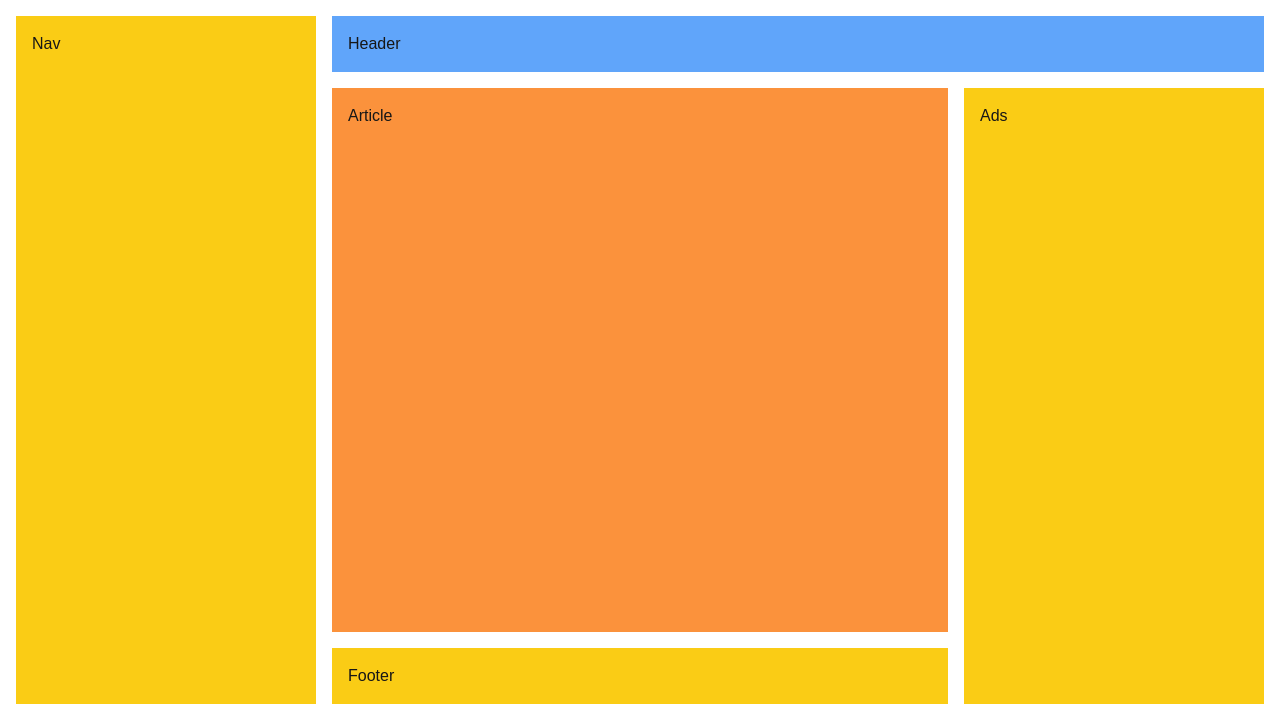
Repository: asadullah48/Understanding-Grid
Page: /
These files come from the project's save history. The page is drawn as it stood at one moment and after the next save; the edit follows.
The browser window is 1280 px wide. The pictures show the whole page.
The project was rebuilt for these pictures with package versions that can differ from the ones it lists, and the page was loaded fresh each time. The framework's server and built-in components were replaced by stand-ins that run in the browser. Also part of the build but not shown: next.config.ts.

Above is the page before, as saved 2025-01-22 09:45:12.

### src/app/layout.tsx
import type { Metadata } from "next";
import { Geist, Geist_Mono } from "next/font/google";
import "./globals.css";

const geistSans = Geist({
  variable: "--font-geist-sans",
  subsets: ["latin"],
});

const geistMono = Geist_Mono({
  variable: "--font-geist-mono",
  subsets: ["latin"],
});

export const metadata: Metadata = {
  title: "Understanding Grid",
  description: "Generated by create next app",
};

export default function RootLayout({
  children,
}: Readonly<{
  children: React.ReactNode;
}>) {
  return (
    <html lang="en">
      <body
        className={`${geistSans.variable} ${geistMono.variable} antialiased`}
      >
        {children}
      </body>
    </html>
  );
}

### src/app/page.tsx
export default function Layout() {
  return (
    <div className="grid grid-rows-[auto,1fr,auto] grid-cols-4 gap-4 p-4 min-h-screen">
      {/* Left Nav */}
      <nav className="bg-yellow-400 p-4 row-span-3 col-span-1">Nav</nav>

      {/* Header */}
      <header className="bg-blue-400 p-4 col-span-3">Header</header>

      {/* Main Article */}
      <main className="bg-orange-400 p-4 col-span-2">Article</main>

      {/* Ads */}
      <aside className="bg-yellow-400 p-4 row-span-2 col-span-1">Ads</aside>

      {/* Footer */}
      <footer className="bg-yellow-400 p-4 col-span-2 col-start-2">Footer</footer>
    </div>
  );
}

Loaded but not shown: src/app/globals.css (common file); tailwind.config.ts (common file)

After the next save:
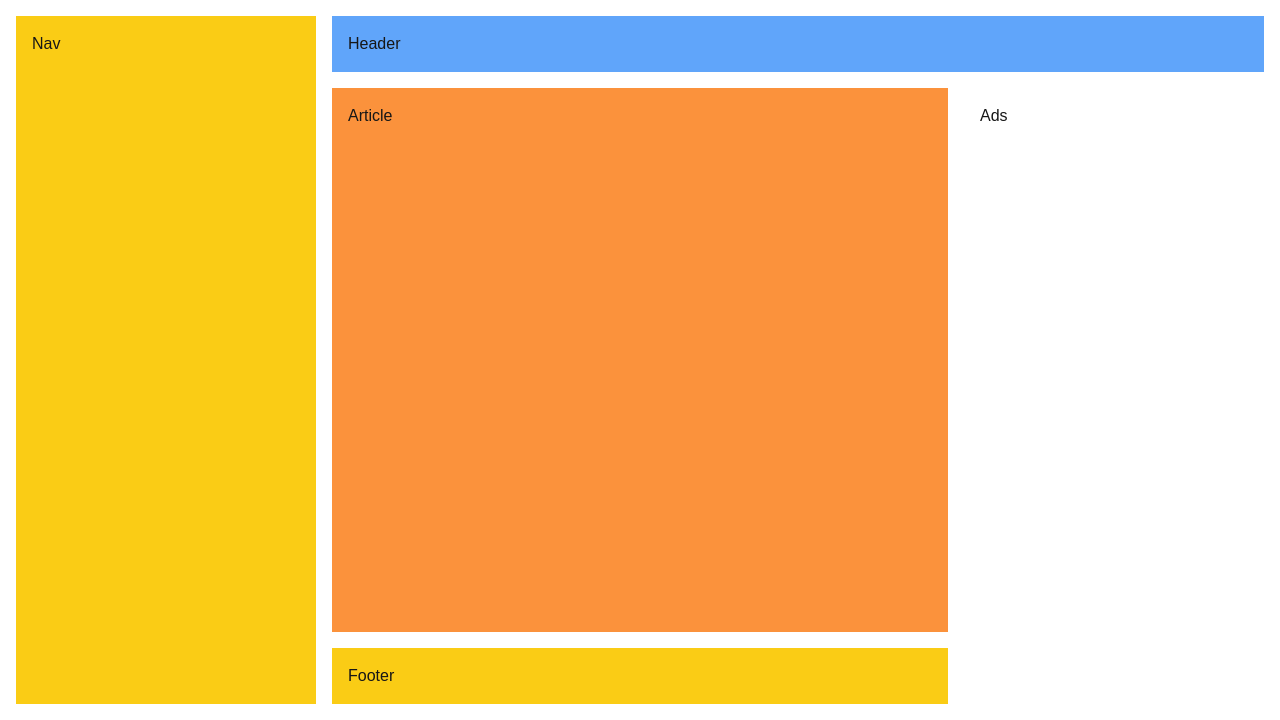
Saved 7 s later.
--- a/src/app/page.tsx
+++ b/src/app/page.tsx
@@ -11,7 +11,7 @@ export default function Layout() {
       <main className="bg-orange-400 p-4 col-span-2">Article</main>
 
       {/* Ads */}
-      <aside className="bg-yellow-400 p-4 row-span-2 col-span-1">Ads</aside>
+      <aside className="bg--400 p-4 row-span-2 col-span-1">Ads</aside>
 
       {/* Footer */}
       <footer className="bg-yellow-400 p-4 col-span-2 col-start-2">Footer</footer>
